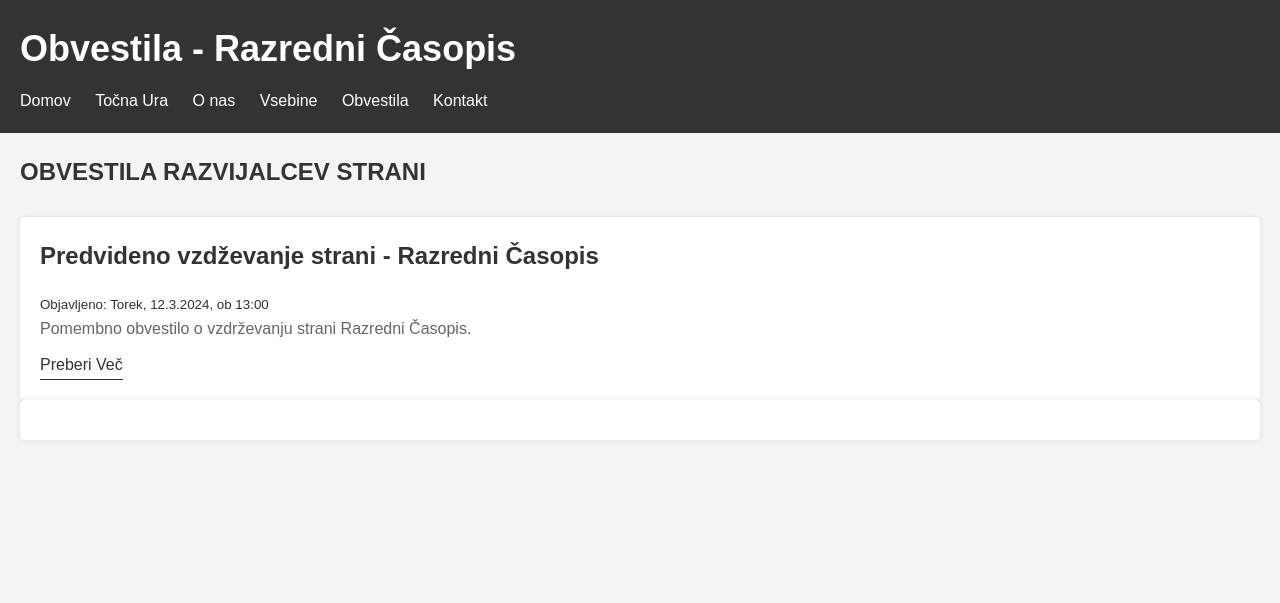
Repository: razrednicasopis/razrednicasopis.github.io
Page: Resources/obvestila.html
These files come from the project's save history. The page is drawn as it stood at one moment and after the next save; the edit follows.
The browser window is 1280 px wide. The pictures show the whole page.

Above is the page before, as saved 2024-03-12 13:00:59.
Console error: ReferenceError: maintenanceMode is not defined

After the next save:
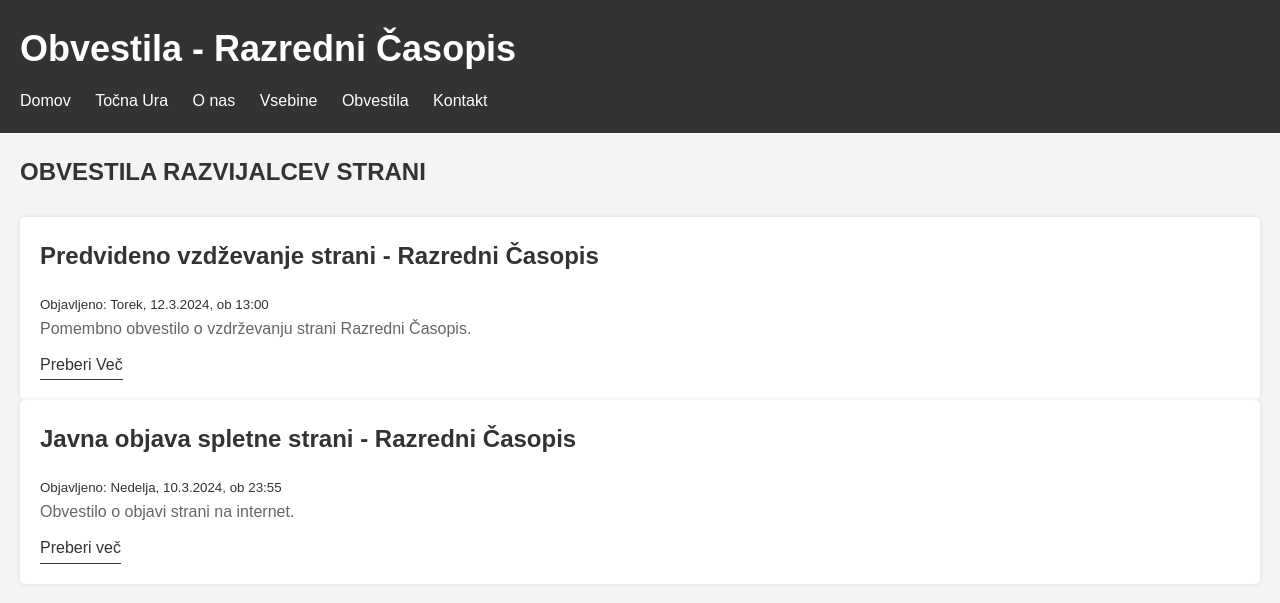
Saved 16 s later.
--- a/Resources/obvestila.html
+++ b/Resources/obvestila.html
@@ -40,7 +40,10 @@
               </article>
                 <p>
                   <article>
-
+                    <h2>Javna objava spletne strani - Razredni Časopis</h2>
+                    <small>Objavljeno: Nedelja, 10.3.2024, ob 23:55</small>
+                    <p>Obvestilo o objavi strani na internet.</p>
+                    <a href="obvestilo1.html">Preberi več</a>
                   </article>
                 </p>
           </section>
